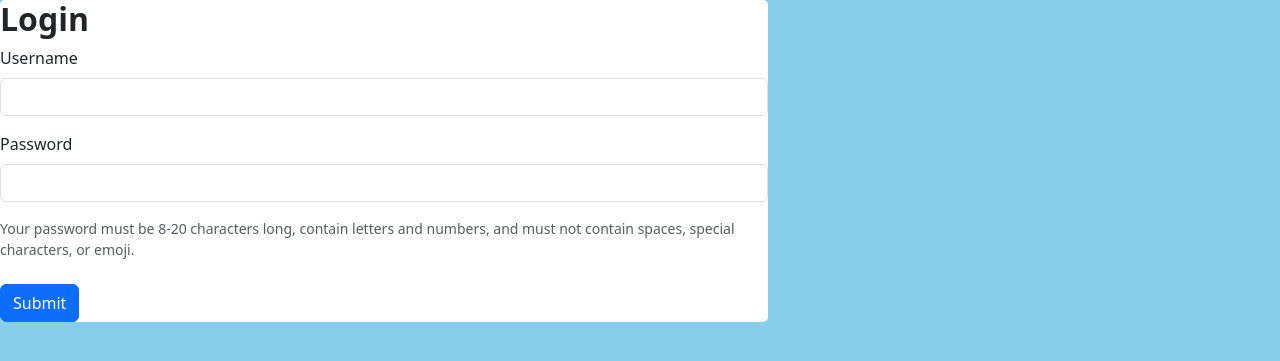
Repository: sarathraj2002/todo-list
Page: login.html
These files come from the project's save history. The page is drawn as it stood at one moment and after the next save; the edit follows.
The browser window is 1280 px wide. The pictures show the whole page.

Above is the page before, as saved 2024-09-05 11:12:17.

### login.html
<!DOCTYPE html>
<html lang="en">
<head>
    <meta charset="UTF-8">
    <meta name="viewport" content="width=device-width, initial-scale=1.0">
    <title>login</title>
    <link rel="stylesheet" href="bootstrap.min.css">
    <link rel="stylesheet" href="style.css">
</head>
<body>

    <form class="form">
        <h2><b>Login</b></h2>
        <div class="mb-3">
          <label for="exampleInputUsername1" class="form-label">Username</label>
          <input type="test" class="form-control" id="username" >

        </div>
        <div class="mb-3 ">
          <label for="exampleInputPassword1" class="form-label">Password</label>
          <input type="password" class="form-control" id="password">
        </div>
        <div id="passwordHelpBlock" class="form-text">
            Your password must be 8-20 characters long, contain letters and numbers, and must not contain spaces, special characters, or emoji.
          </div>
          <br>

        <button type="submit" class="btn btn-primary">Submit</button>
      </form>

    <script src="script.js"></script>
</body>
</html>

### style.css
body{
    background-color: skyblue;
    background-size: cover;
}
.container{
    height: 100px;
    padding-top: 10%;

}
.form{
    height: 100%;
    width: 60%;
    border-color:black;
    margin-left: 0%;
    border-radius: 5px;
    background-color: white;
}

Loaded but not shown: bootstrap.min.css (library); script.js (no stored copy; drawn as an empty file)

After the next save:
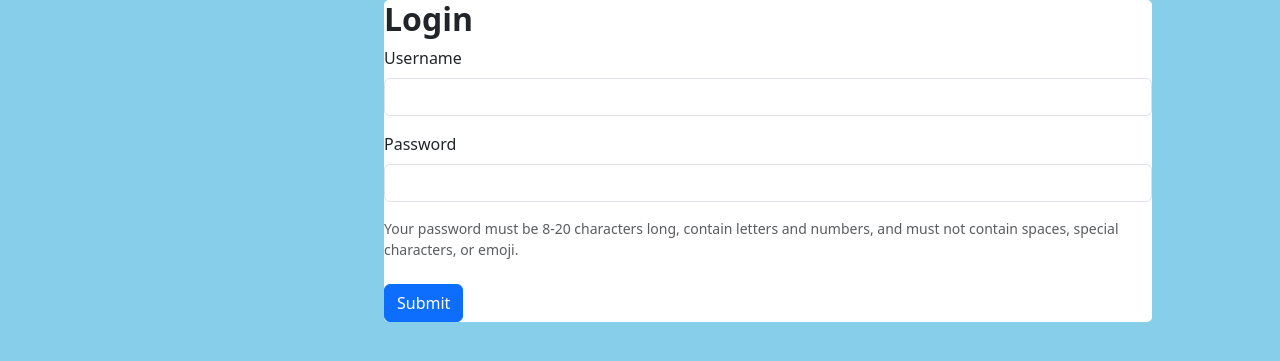
Saved 4 s later.
--- a/style.css
+++ b/style.css
@@ -11,7 +11,7 @@
     height: 100%;
     width: 60%;
     border-color:black;
-    margin-left: 0%;
+    margin-left: 30%;
     border-radius: 5px;
     background-color: white;
 }

After the save that followed:
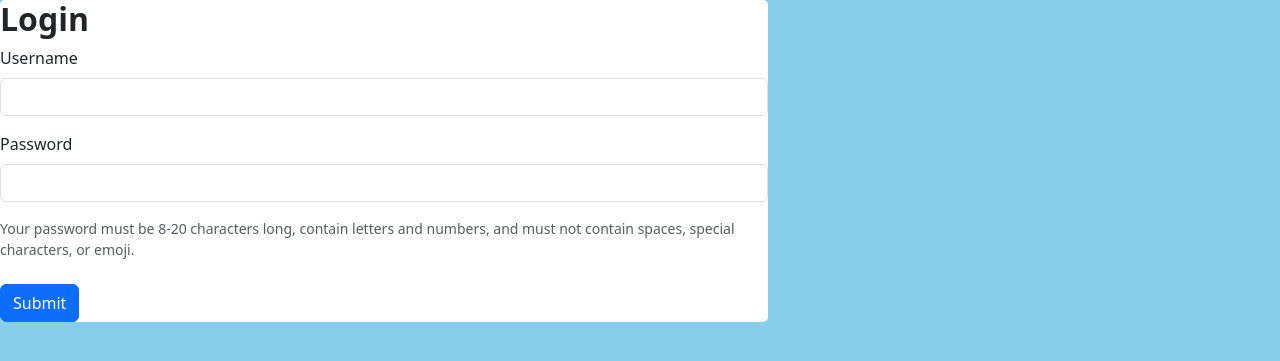
Saved 8 s later.
--- a/style.css
+++ b/style.css
@@ -11,7 +11,7 @@
     height: 100%;
     width: 60%;
     border-color:black;
-    margin-left: 30%;
+    margin-left: 0%;
     border-radius: 5px;
     background-color: white;
 }
